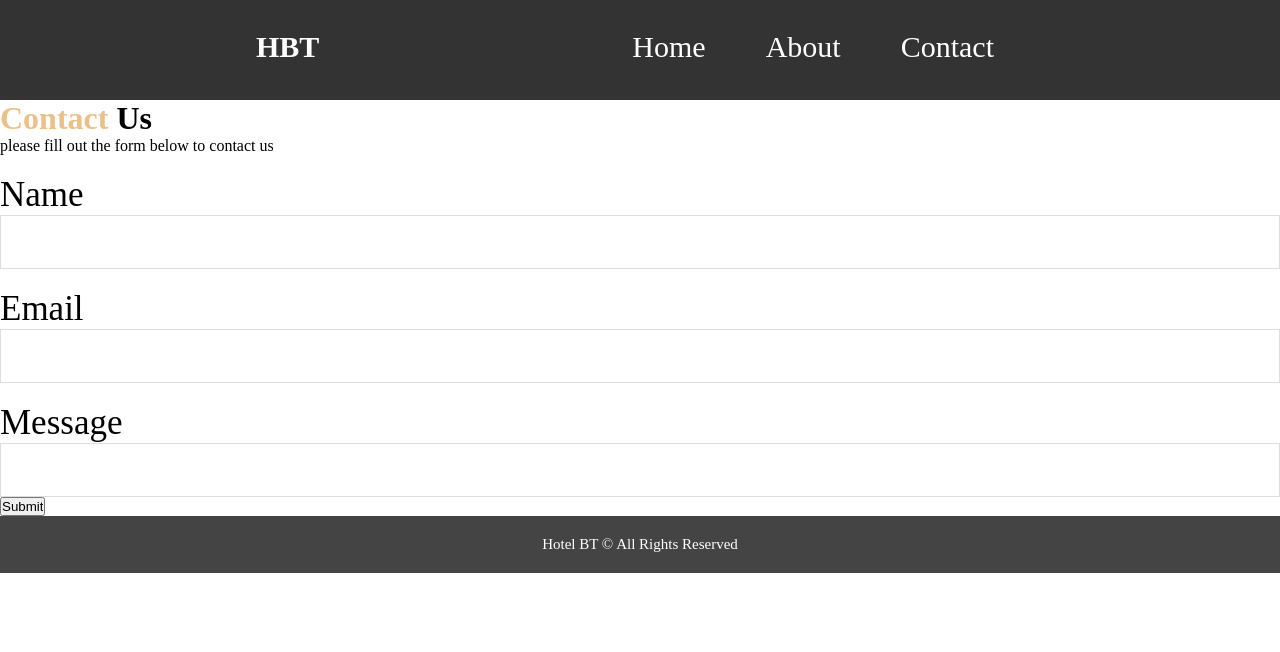
Repository: reemoon-ctrl/hotel-website
Page: 35 - hotel-website/contact.html
These files come from the project's save history. The page is drawn as it stood at one moment and after a run of saves; the edit follows.
The browser window is 1280 px wide. The pictures show the whole page.

Above is the page before, as saved 2024-07-22 09:40:18.

### 35 - hotel-website/contact.html
<!DOCTYPE html>
<html lang="en">
<head>
    <meta charset="UTF-8">
    <meta name="viewport" content="width=device-width, initial-scale=1.0">
    <title>HBT | Hotel Website</title>
    <link rel="stylesheet" href="index.css"/>
</head>
<body>
    <header>
        <ul class="nav-bar">
            <li class="title"><a href="index.html">HBT</a></li>
            <div class="bag-nav-row" >
            <li class="bag-nav"><a href=" ">Contact</a></li>
            <li class="bag-nav"><a href="">About</a></li>
            <li class="bag-nav"><a href="index.html">Home</a></li>
            </div>
        </ul>
    </header>

    <main>
        <div>
            <form action="#">
                <h1><span class="fword">Contact </span>Us</h1>
                <p>please fill out the form below to contact us</p>
                <div class="form-label">
                    <label for="name">Name</label>
                    <input type="text">

                </div>
                <div class="form-label">
                    <label for="Email">Email</label>
                    <input type="text">
                </div>
                <div class="form-label">
                    <label for="Message">Message</label>
                    <input type="text">

                </div>
                <input type="submit">
            </form>
        </div>

    </main>

    <footer>
        <p>Hotel BT &copy; All Rights Reserved</p>

    </footer>

</body>
</html>

### 35 - hotel-website/index.css
*{
    padding: 0px;
    margin: 0px;
    box-sizing: border-box;

}
.nav-bar{
    list-style:none;
    overflow: auto;
    /* clear:both; */
    background: #333333;
    font-size: 20px;
    text-align: center;
    height: 100px;

}

.bag-nav-row{
    margin-right: 20%;
}
.title{
    float: left;
    margin-left: 20%;
    font-weight: bold;
    font-size:30px ;

    text-align: center;
    padding:30px 0px;

}
.title  a{
    text-decoration: none;
    color:#fff
}


.bag-nav{
    float: right;
    font-size: 30px;

}
.bag-nav-row li a{
    text-decoration: none;
    padding: 30px 30px 30px 30px;
    display: inline-block;
    color: #fff;
}

.bag-nav-row li a:hover{
    background: #444444;
    color:#ecc08a;
}
.bag-nav-row li a:active{
    background: #444444;
    color:#ecc08a;
}


.mainheader{
     background-image: url("img/showcase.jpg")  ;
   /* background-size:cover;


    height: 600px; */


  background-color: #cccccc;
  height: 600px;
  background-position: center;
  background-repeat: no-repeat;
  background-size: cover;
  position: relative;
}
.mainheadertxt{
    margin: auto;
    top:50%;
    position:relative;
    text-align: center;
    /* margin-top: 20px; */
    color:#fff;
}
.mainheadertxt h3{
    font-size:xx-large;

}

.mainheadertxt p{
    margin:20px;
}
.mainheadertxt a{
    position:relative;
    display: block;
    width: fit-content;
    background: #444444;
    text-decoration:none ;
    color: #fff;
    top:50%;
    margin:auto;


    padding: 20px;
}
.fword{
    color:#ecc08a
}
.main-content{
    width:100%;
    height:300px;
    overflow: auto;
    background: #444444;
    color: #fff;
}
.hotelimg{
    width:50%;
    float:left;
    height:300px;

}
.hotel-disc{
    width:50%;
    float:right;
    text-align: center;
    /* margin-top:px; */
    line-height: 1.5;
    padding:20px;

}
.hotel-disc h3{
    font-size: xx-large;
    margin-bottom: 20px;
}
.hotel-disc a{
    position:relative;
    display: block;
    width: fit-content;

    text-decoration:none ;
    color: #333333;
    padding: 15px;
    margin:auto;
    margin-top: 20px;
    background: #fff;

}

.aside-bar{
    height: 300px;
    overflow: auto;
    clear:both;

}
.ul{
    list-style: none;
    text-align: center;
    margin:auto;
    height:300px;
}
.fli{
    padding: 60px;
    margin: auto;
    float: left;
    width:33%;
    height: 300px;
    padding: 90px 20px;
}
.fli h4{
    font-size: 25px;
    margin-bottom: 20px;
}
.sli h4{
    font-size: 25px;
    margin-bottom: 20px;
}
.thli h4{
    font-size: 25px;
    margin-bottom: 20px;
}
.sli{
    float:left;
    width:33%;
    background-color:#ecc08a;
    height: 300px;
    padding: 90px 20px;

}
.thli{
    float:right;
    width:33%;
    height: 300px;
    margin: auto;
    height: 300px;
    padding: 90px 20px;
}

footer p{
    text-align: center;
    font-size: 15px;
    color: #fff;
    background: #444444;
    padding: 20px;
}
/* ///////////////about website////////////////// */
.s-header{
    overflow: auto;
    clear: both;
    margin: auto;
    margin: 50px 20%;
    /* height: 500px; */
}
.header-content{
    float:left;
    width:40%;

}
.header-content h1{
    font-size: 50px;
}
.header-content p{
    font-size: 28px;
    margin-top: 20px;
    line-height: 1.3;
}
.hotel-img2{
    height:400px;
    width: 40%;
    float: right;
    border-radius:50%;
}
.comment{
    overflow: auto;
    background:#ecc08a;
    margin: 20px 20%;
    border-radius: 20px;

}
.aside-content{
    background-image: url(img/test-bg.jpg) ;
    background-color: #cccccc;
    height:900px;
    background-position: center;
    background-repeat: no-repeat;
    background-size: cover;
    position: relative;
    width: 100%;



}
.aside-content h1{
    margin: 20px 20%;
    text-align: center;
    color: #FFF;
    font-size: 50px;
    padding-top: 100px;
    padding-bottom: 50px;

}
.comment img{
    padding-top: 30px;
width:200px ;
height:200px ;
border-radius: 200px;
float: left;
padding-right: 20px;
padding-left: 20px;
margin-bottom: 50px;
}
.comment p{
padding-top: 70px;
font-size: 28px;
color: #333333;


}
/* ///////////////about style///////////// */
.form-label label{
    display: block;

}
.form-label input{
    width:100%;
    padding:10px;
    font-size: 28px;
    border:#ddd solid 1px;

}
.form-label{
    font-size: 35px;
    margin-top: 20px ;
}
form input{

}

After the next 4 saves:
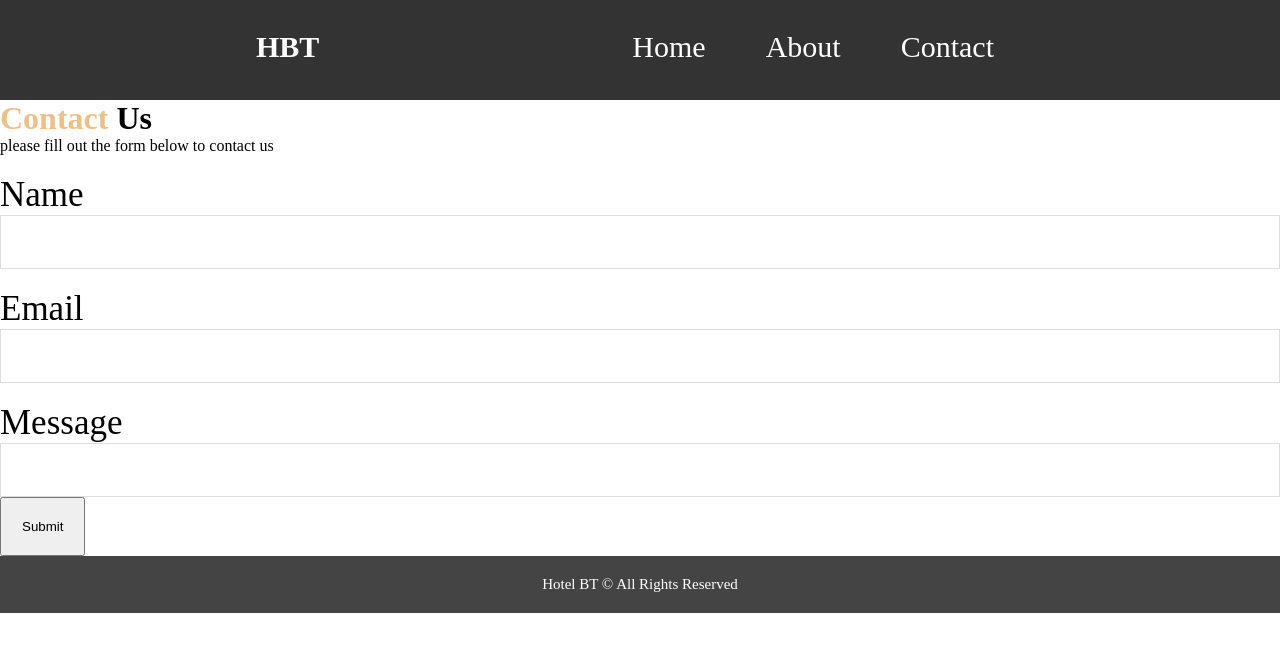
The 4 saves are shown as one change because they came seconds apart.
The last was saved 14 s later.
--- a/35 - hotel-website/index.css
+++ b/35 - hotel-website/index.css
@@ -289,5 +289,5 @@ color: #333333;
     margin-top: 20px ;
 }
 form input{
-
-}
+ padding: 20px;
+}
